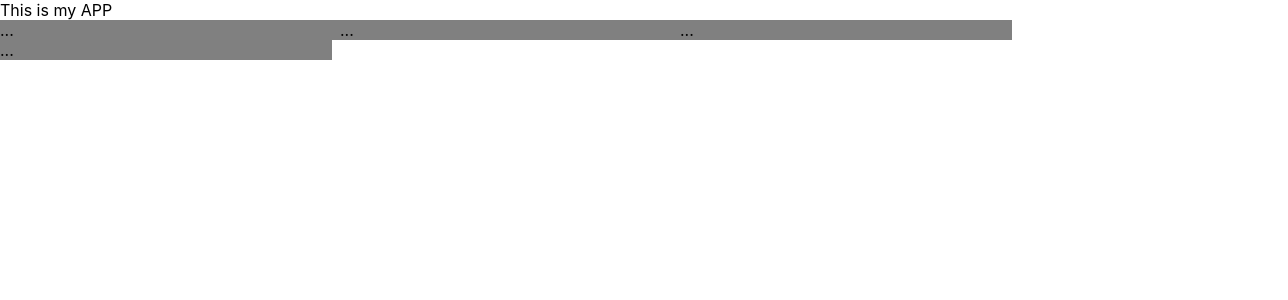
Repository: vnevescode/ui-components-react
Page: /
The author's editor kept a copy of each file at every save. The page is drawn from the files as they stood at one save, then again after the next save.
The browser window is 1280 px wide. The page is 1288 px wide, so the pictures cover 1288 px, including what lies to the right of the window. The pictures show the whole page.
The project was rebuilt for these pictures with package versions that can differ from the ones it lists, and the page was loaded fresh each time.

Above is the page before, as saved 2022-06-09 22:12:00.

### src/App.js
import React from 'react';
import Cards from './components/Cards/Cards';

function App() {
  return (
    <div className="App">
      <div>This is my APP</div>
      <Cards/>
    </div>
  );
}

export default App;

### src/components/Cards/Cards.jsx
import React from 'react'
import './Cards.style.css'

const Cards = () => {
  return (
    <>
        <div className="cards">
            {/* A card with given width */}
            <div className="cards__item">
                {'...'}
            </div>
            {/* Repeat other cards */}
            <div className="cards__item">
                {'...'}
            </div>
            <div className="cards__item">
                {'...'}
            </div>
            <div className="cards__item">
                {'...'}
            </div>
        </div>
    </>
  )
}

export default Cards

### src/components/Cards/Cards.style.css

.cards{
    display: flex;
    flex-wrap: wrap;
    margin-left: -8px;
    margin-right: -8px;
}

.cards__item{
    flex-basis: 25%;
    padding-left: 8px;
    padding-right: 8px;
    background-color: gray;
}

Loaded but not shown: public/index.html (common file); src/index.js (common file); src/index.css (common file)

After the next save:
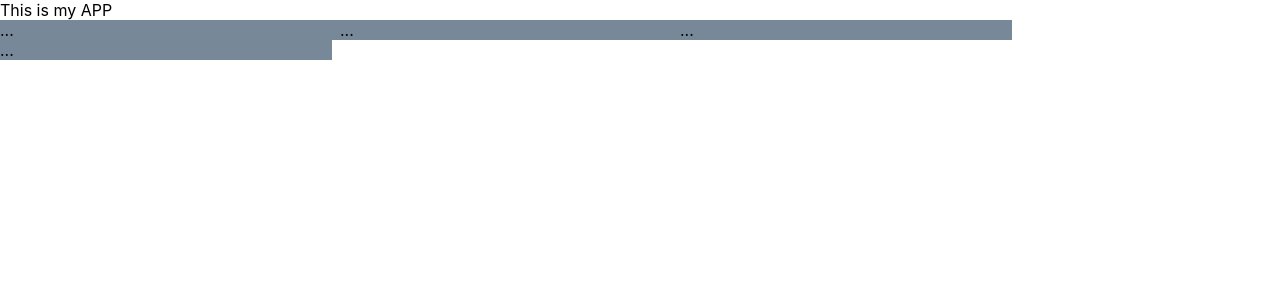
Saved 12 s later.
--- a/src/components/Cards/Cards.style.css
+++ b/src/components/Cards/Cards.style.css
@@ -10,5 +10,5 @@
     flex-basis: 25%;
     padding-left: 8px;
     padding-right: 8px;
-    background-color: gray;
+    background-color: lightslategray;
 }
